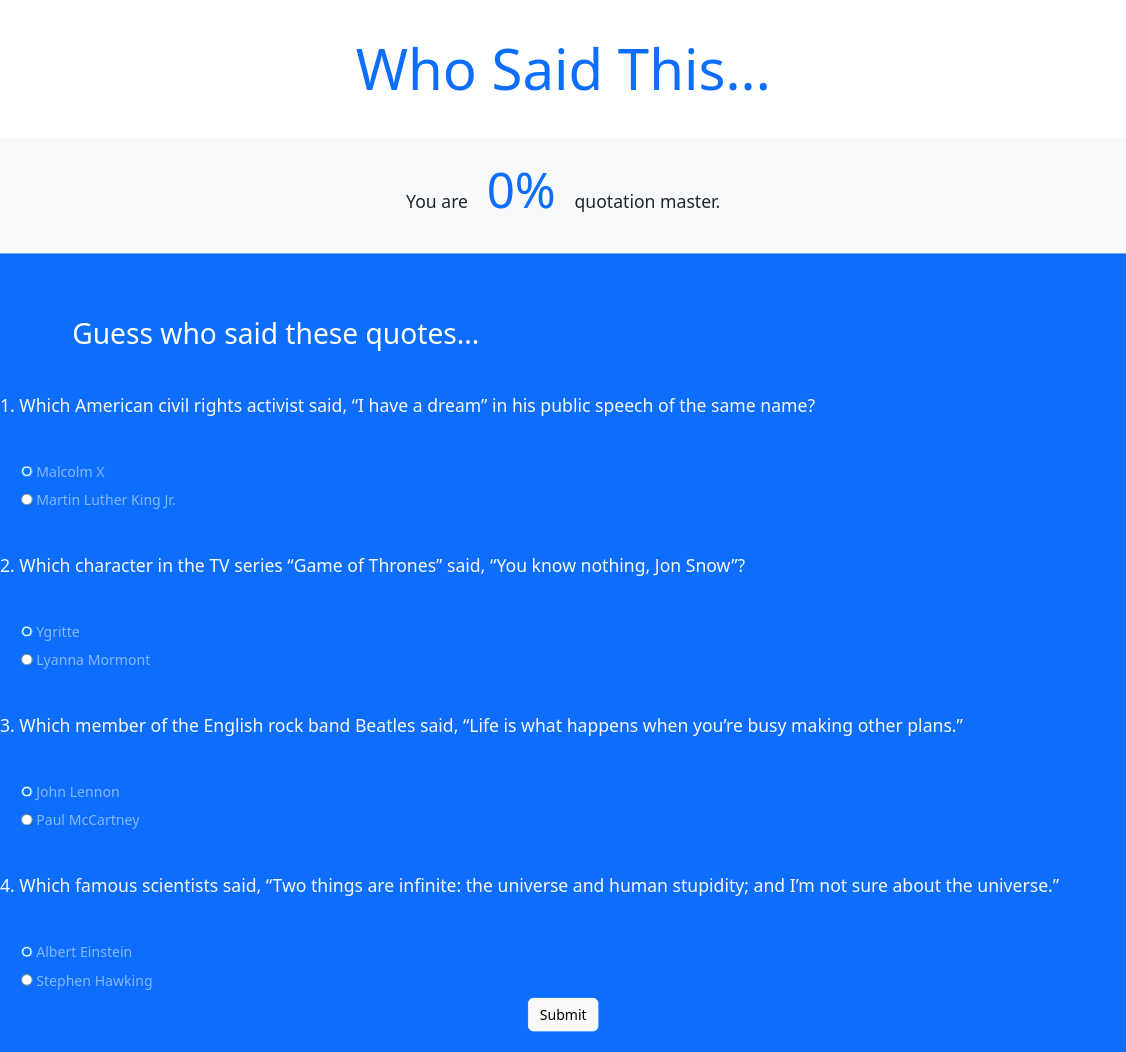
Repository: julihocc/netninja-quiz
Page: index.html
An editor plug-in stored every save of this project. The page is shown before and after a run of saves, followed by the edit.
The browser window is 1280 px wide. The pictures show the whole page, at 88% of full size.
After loading, the first visible `#quiz-form` was submitted once.

Above is the page before, as saved 2022-09-27 19:46:11.

After the next 2 saves:
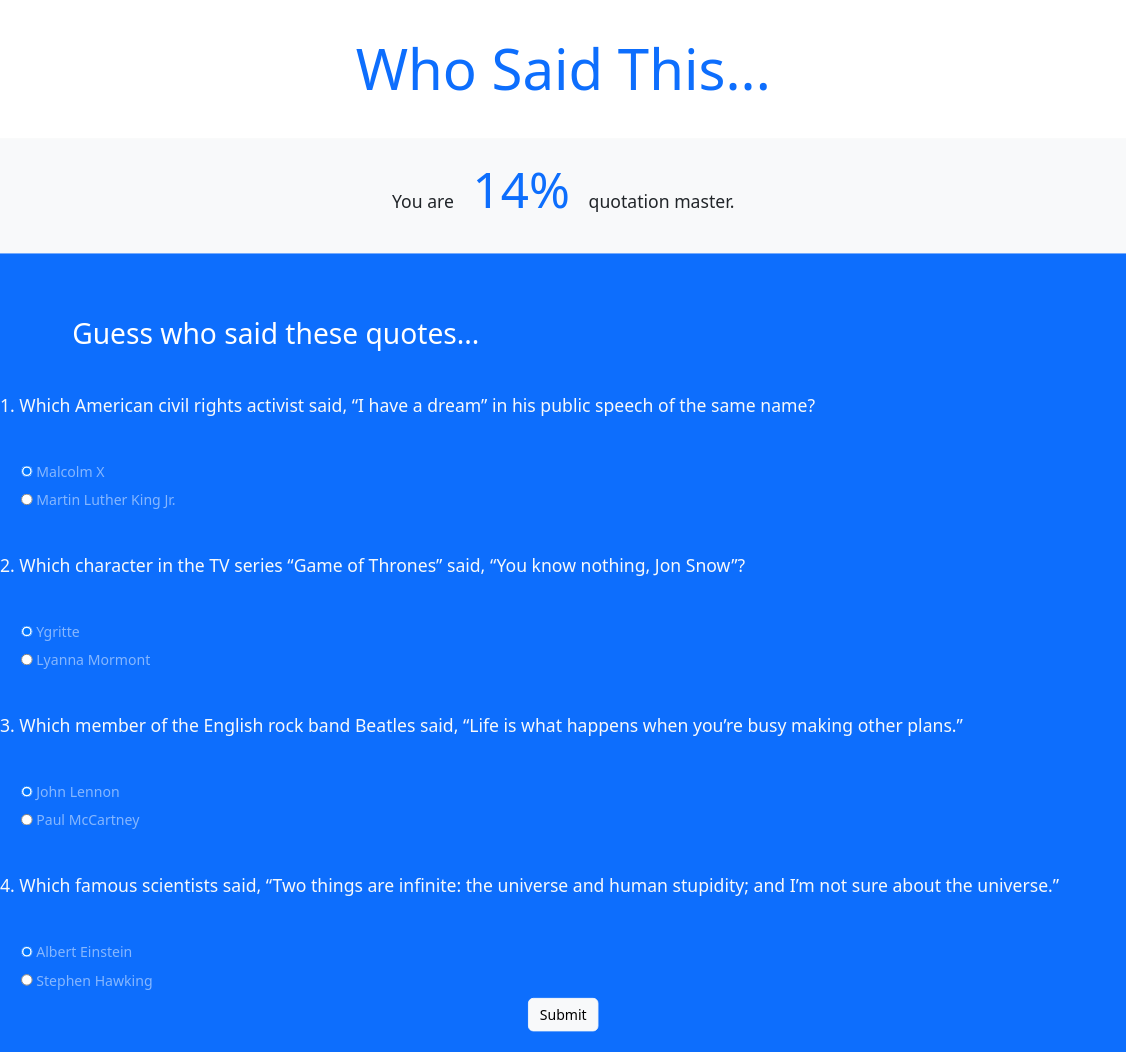
The 2 saves are shown as one change because they came seconds apart.
The last was saved 10 s later.
--- a/app.js
+++ b/app.js
@@ -28,10 +28,10 @@ form.addEventListener('submit', e => {
     // step 4.1 animate score
     let output = 0;
 
-    let x = result.querySelector('span').textContent = `${output}%`;
+    let x = result.querySelector('span');
 
     const timer = setInterval(()=>{
-
+        x.textContent = `${output}%`
         if(output===score){
             clearInterval(timer);
         } else {
